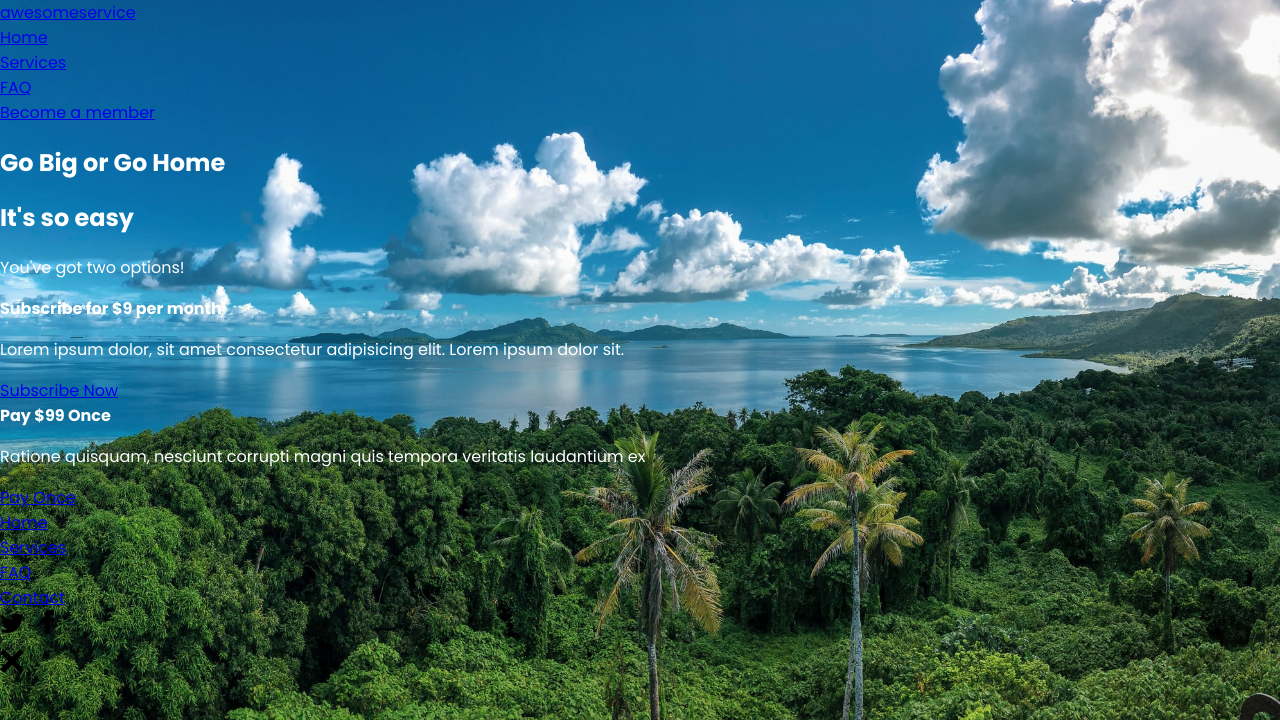
Repository: Hyperion72R/Animated-Navigation
Page: index.html
An editor plug-in stored every save of this project. The page is shown before and after the next save, followed by the edit.
The browser window is 1280 px wide. The pictures show the whole page.
The style sheet was rebuilt from its Sass, Less or Tailwind sources for each picture, by a compiler version that may differ from the author's.

Above is the page before, as saved 2021-08-14 16:17:57.

### index.html
<!DOCTYPE html>
<html lang="en">
  <head>
    <meta charset="UTF-8" />
    <meta http-equiv="X-UA-Compatible" content="IE=edge" />
    <meta name="viewport" content="width=device-width, initial-scale=1.0" />
    <title>Document</title>
    <link rel="stylesheet" href="css/main.css" />
  </head>
  <body>
    <header>
      <a href="#" class="logo">awesomeservice</a>

      <nav>
        <ul>
          <li><a href="#">Home</a></li>
          <li><a href="#">Services</a></li>
          <li><a href="#">FAQ</a></li>
          <li class="active"><a href="#">Become a member</a></li>
        </ul>
      </nav>
    </header>

    <section>
      <h1>Go Big or Go Home</h1>
    </section>

    <div class="overlay">
      <div class="left">
        <h2>It's so easy</h2>
        <p>You've got two options!</p>

        <div class="cards">
          <div class="card">
            <strong>Subscribe for $9 per month</strong>
            <p>
              Lorem ipsum dolor, sit amet consectetur adipisicing elit. Lorem
              ipsum dolor sit.
            </p>
            <a href="#" class="cta">Subscribe Now</a>
          </div>

          <div class="card">
            <strong>Pay $99 Once</strong>
            <p>
              Ratione quisquam, nesciunt corrupti magni quis tempora veritatis
              laudantium ex
            </p>
            <a href="#" class="cta pay-once">Pay Once</a>
          </div>
        </div>
      </div>

      <div class="middle">
        <ul class="secondary">
          <li><a href="#">Home</a></li>
          <li><a href="#">Services</a></li>
          <li><a href="#">FAQ</a></li>
          <li><a href="#">Contact</a></li>
        </ul>

        <div class="social-nav">
          <a href="" class="twitter"
            ><svg
              xmlns="http://www.w3.org/2000/svg"
              width="32"
              height="32"
              viewBox="0 -1.15 32 32"
            >
              <path
                d="M24 4.557c-.883.392-1.832.656-2.828.775 1.017-.609 1.798-1.574 2.165-2.724-.951.564-2.005.974-3.127 1.195-.897-.957-2.178-1.555-3.594-1.555-3.179 0-5.515 2.966-4.797 6.045-4.091-.205-7.719-2.165-10.148-5.144-1.29 2.213-.669 5.108 1.523 6.574-.806-.026-1.566-.247-2.229-.616-.054 2.281 1.581 4.415 3.949 4.89-.693.188-1.452.232-2.224.084.626 1.956 2.444 3.379 4.6 3.419-2.07 1.623-4.678 2.348-7.29 2.04 2.179 1.397 4.768 2.212 7.548 2.212 9.142 0 14.307-7.721 13.995-14.646.962-.695 1.797-1.562 2.457-2.549z"
              /></svg
          ></a>
          <a href="" class="facebook"
            ><svg
              xmlns="http://www.w3.org/2000/svg"
              width="32"
              height="32"
              viewBox="0 0 32 32"
            >
              <path
                d="M9 8h-3v4h3v12h5v-12h3.642l.358-4h-4v-1.667c0-.955.192-1.333 1.115-1.333h2.885v-5h-3.808c-3.596 0-5.192 1.583-5.192 4.615v3.385z"
              /></svg
          ></a>
        </div>
      </div>

      <div class="right">
        <svg
          class="exit"
          xmlns="http://www.w3.org/2000/svg"
          width="58"
          height="58"
          viewBox="0 0 58 58"
        >
          <path
            d="M24 20.188l-8.315-8.209 8.2-8.282-3.697-3.697-8.212 8.318-8.31-8.203-3.666 3.666 8.321 8.24-8.206 8.313 3.666 3.666 8.237-8.318 8.285 8.203z"
          />
        </svg>
      </div>
    </div>
  </body>
</html>

### css/main.scss
@import url("https://fonts.googleapis.com/css2?family=Poppins:ital,wght@0,400;0,500;0,600;0,700;0,800;0,900;1,400;1,500;1,600;1,700;1,800;1,900&display=swap");

*,
*:before,
*::after {
  box-sizing: border-box;
}

.test::after {
  content: "";
  display: block;
  width: 100%;
  //   height: 108%;
  height: 100%;
  background-color: rgba(51, 51, 51, 0.5);
  position: absolute;
  top: 0;
  left: 0;
  right: 0;
  bottom: 0;
}

body {
  height: 100vh;
  //   background: #8000ff url("../assets/images/bg.jpg");
  //   background: linear-gradient(rgba(4, 230, 168, 0.8), rgba(44, 189, 230, 0.8)),
  //     url("../assets/images/bg.jpg");
  background: url("../assets/images/bg.jpg");
  background-size: cover;
  color: white;
  font-family: "Poppins";
  margin: 0;
  //   overflow: hidden;
  background-repeat: no-repeat;
}

ul {
  list-style-type: none;
  margin: 0;
  padding: 0;
}

section,
header {
}

.overlay {
  //   display: none;
}

After the next save:
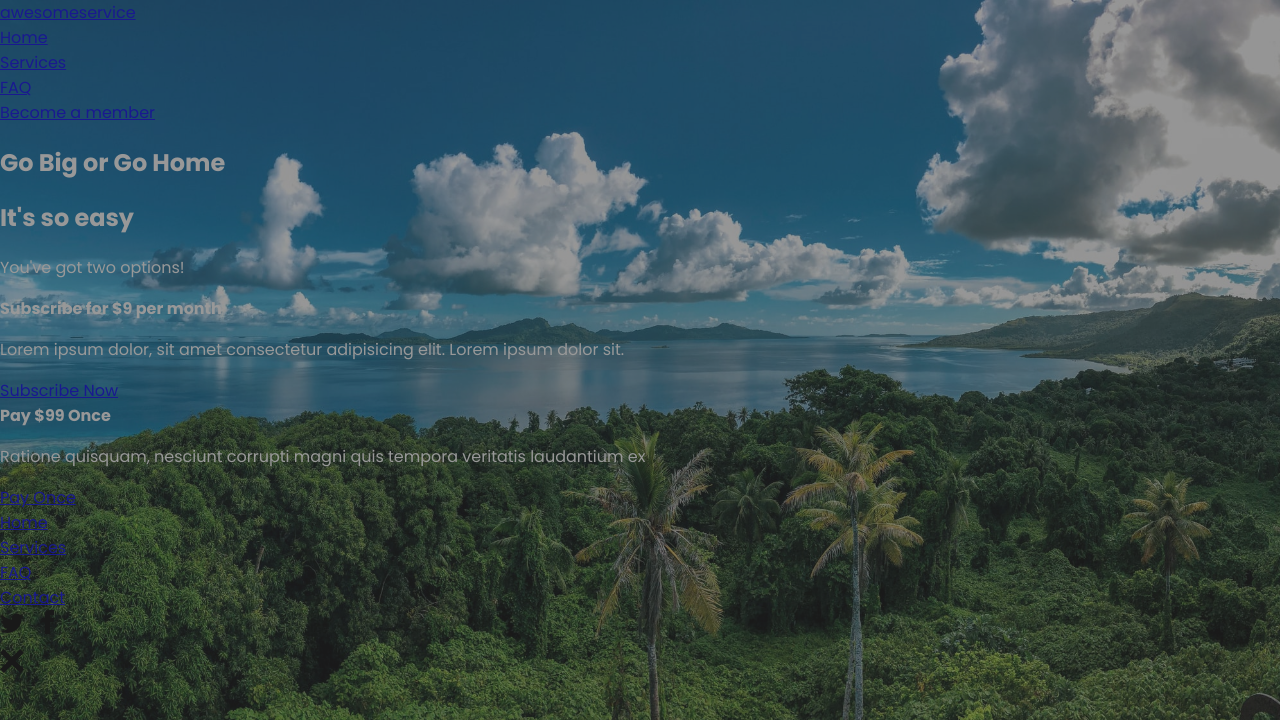
Saved 6 s later.
--- a/css/main.scss
+++ b/css/main.scss
@@ -6,7 +6,7 @@
   box-sizing: border-box;
 }
 
-.test::after {
+body::after {
   content: "";
   display: block;
   width: 100%;
